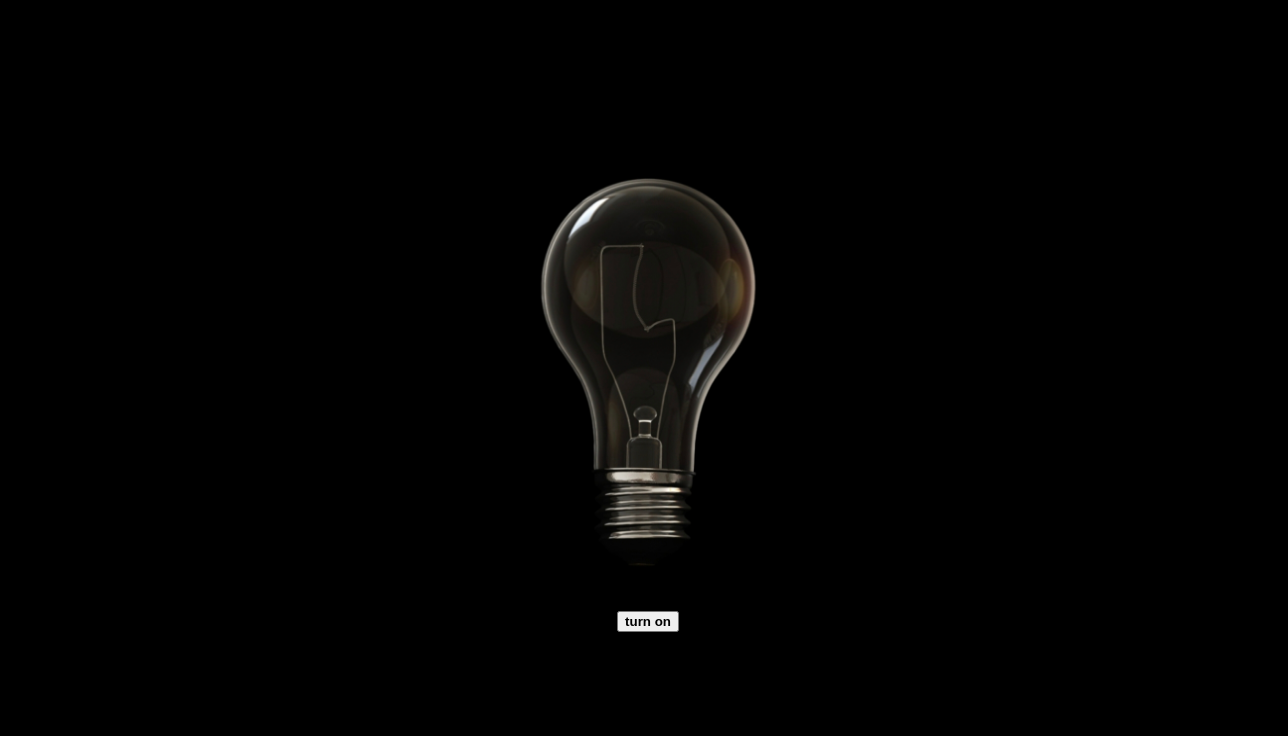
Repository: JunaidAnsari202/bulb
Page: index.html
These files come from the project's save history. The page is drawn as it stood at one moment and after a run of saves; the edit follows.
The browser window is 1280 px wide. The page is 1288 px wide, so the pictures cover 1288 px, including what lies to the right of the window. The pictures show the whole page.

Above is the page before, as saved 2023-10-27 21:35:42.

### index.html
<!DOCTYPE html>
<html lang="en">
<head>
    <meta charset="UTF-8">
    <meta name="viewport" content="width=device-width, initial-scale=1.0">
    <title>Document</title>
    <link rel="stylesheet" href="style.css">
</head>
<body>
<div><img id="bulb" src="img/off.jpg" alt="" class="bulb"></div>
   <div> <button id="btn" class="bttn">turn on</button></div>
</body>

<script>
    let button=document.getElementById('btn')
    let bulb=document.getElementById('bulb')
    button.addEventListener('click',bulbs)
    function bulbs(e){
        if(button.textContent.includes('on')){
            bulb.src="img/off.jpg"
            button.textContent="Turn off"
        }
        else{
            bulb.src="img/on.jpg"
            button.textContent="Turn on"
        }
    }
   </script>
</html>

### style.css
body{
    width: 100vw;
    height: 100vh;
    background-color: black;
    overflow: hidden;
    display: flex;
    justify-content: center;
    align-items: center;
    flex-direction: column;
}
*{
    /* border: 1px red dashed; */

}
.bulb{
    height: 500px;
    width: 350px;
}


.bttn{
    margin-top: 4%;
    /* margin-left: ; */
    font-weight: 800;
}

After the next 2 saves:
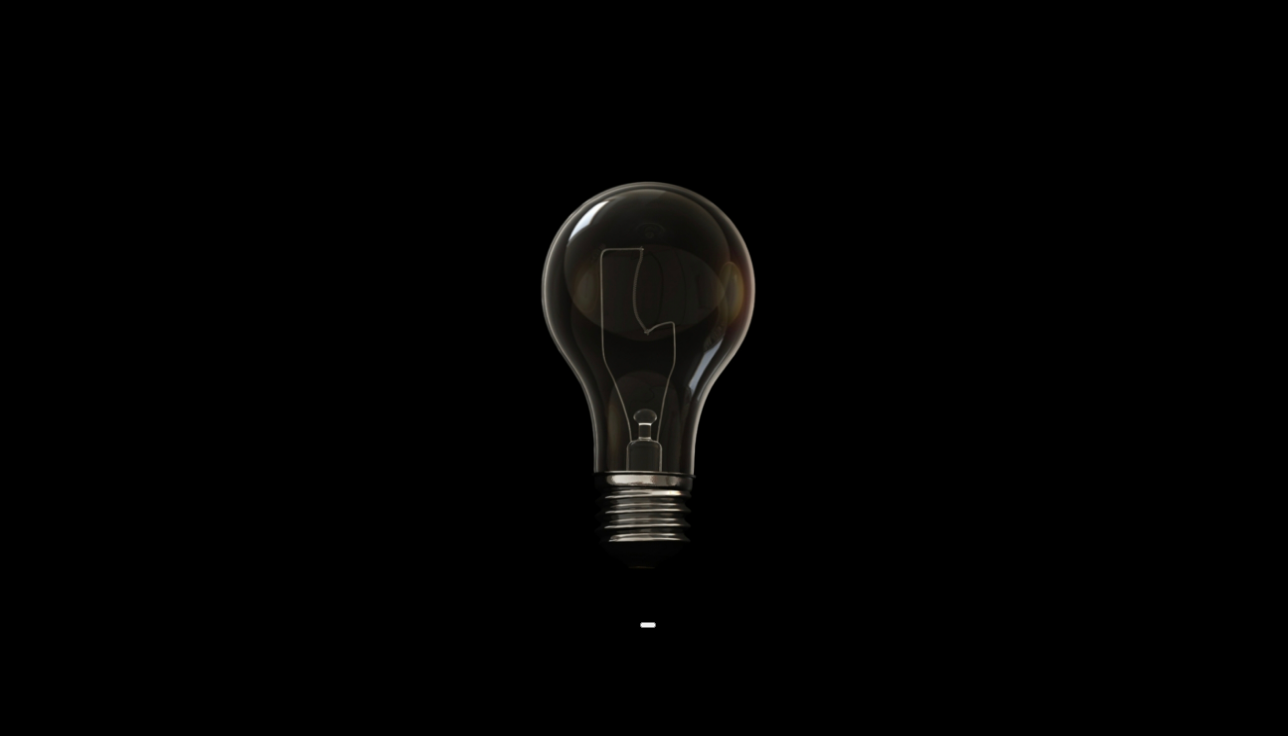
The 2 saves are shown as one change because they came seconds apart.
The last was saved 24 s later.
--- a/index.html
+++ b/index.html
@@ -8,7 +8,7 @@
 </head>
 <body>
 <div><img id="bulb" src="img/off.jpg" alt="" class="bulb"></div>
-   <div> <button id="btn" class="bttn">turn on</button></div>
+   <div> <button id="btn" class="bttn"></button></div>
 </body>
 
 <script>

After the 3 saves that followed:
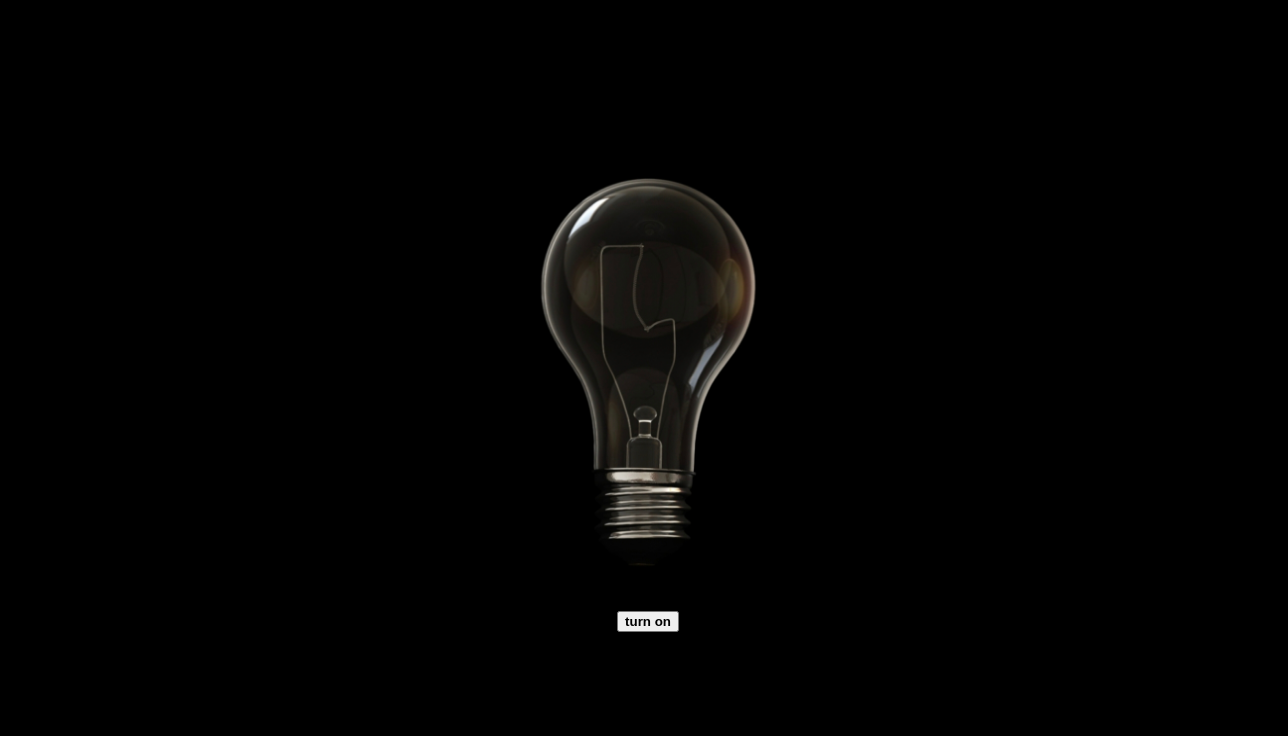
The 3 saves are shown as one change because they came seconds apart.
The last was saved 23 s later.
--- a/index.html
+++ b/index.html
@@ -8,7 +8,7 @@
 </head>
 <body>
 <div><img id="bulb" src="img/off.jpg" alt="" class="bulb"></div>
-   <div> <button id="btn" class="bttn"></button></div>
+   <div> <button id="btn" class="bttn">turn on</button></div>
 </body>
 
 <script>
